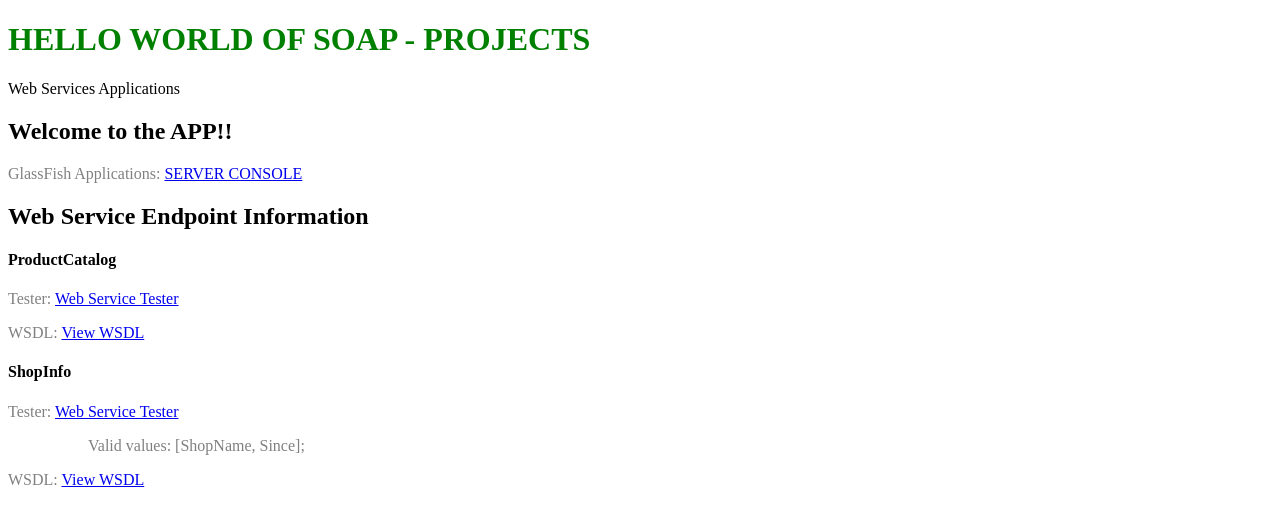
Repository: atafs/BackEnd_JAX-JAX-WS_SOAP
Page: http://localhost/Project_004_SOAP_server_TypesAndBinding/
These files come from the project's save history. The page is drawn as it stood at one moment and after the next save; the edit follows.
The browser window is 1280 px wide. The pictures show the whole page.
The page is served by Tomcat 9. Other server files are loaded and not shown.

Above is the page before, as saved 2016-01-26 16:38:09.

### Project_004_SOAP_server_TypesAndBinding/WebContent/index.jsp
<%@ page language="java" contentType="text/html; charset=ISO-8859-1"
    pageEncoding="ISO-8859-1"%>
<!DOCTYPE html PUBLIC "-//W3C//DTD HTML 4.01 Transitional//EN" "http://www.w3.org/TR/html4/loose.dtd">
<html>

<!-- HEADER -->
<head>
<meta http-equiv="Content-Type" content="text/html; charset=ISO-8859-1">
<title>WEB SERVICES</title>
</head>

<!-- BODY -->
<body>
	<h1 style="color:green;">HELLO WORLD OF SOAP - PROJECTS</h1>
	<p>Web Services Applications</p>

	<!-- LINKS -->
	<h2>Welcome to the APP!! </h2>
	<p style="color:gray;">GlassFish Applications: <a href="http://localhost:4848/common/index.jsf">SERVER CONSOLE</a></p>

	<h2>Web Service Endpoint Information</h2>
	<h4>ProductCatalog</h4>
	<p style="color:gray;">Tester: <a href="http://atafs:9090/Project_003_SOAP_server_ServiceAndContractFirst/ProductCatalogService?Tester">Web Service Tester</a></p>
	<p style="color:gray;">WSDL: <a href="http://atafs:9090/Project_003_SOAP_server_ServiceAndContractFirst/ProductCatalogService?wsdl">View WSDL</a></p>

	<h4>ShopInfo</h4>
	<p style="color:gray;">Tester: <a href="http://atafs:9090/Project_004_SOAP_server_TypesAndBinding/ShopInfoService?Tester">Web Service Tester</a>
		<p style="text-indent: 5em; color:gray;">Valid values: [ShopName, Since];</p>
	</p>
	<p style="color:gray;">WSDL: <a href="http://atafs:9090/Project_004_SOAP_server_TypesAndBinding/ShopInfoService?wsdl">View WSDL</a></p>


</body>
</html>

After the next save:
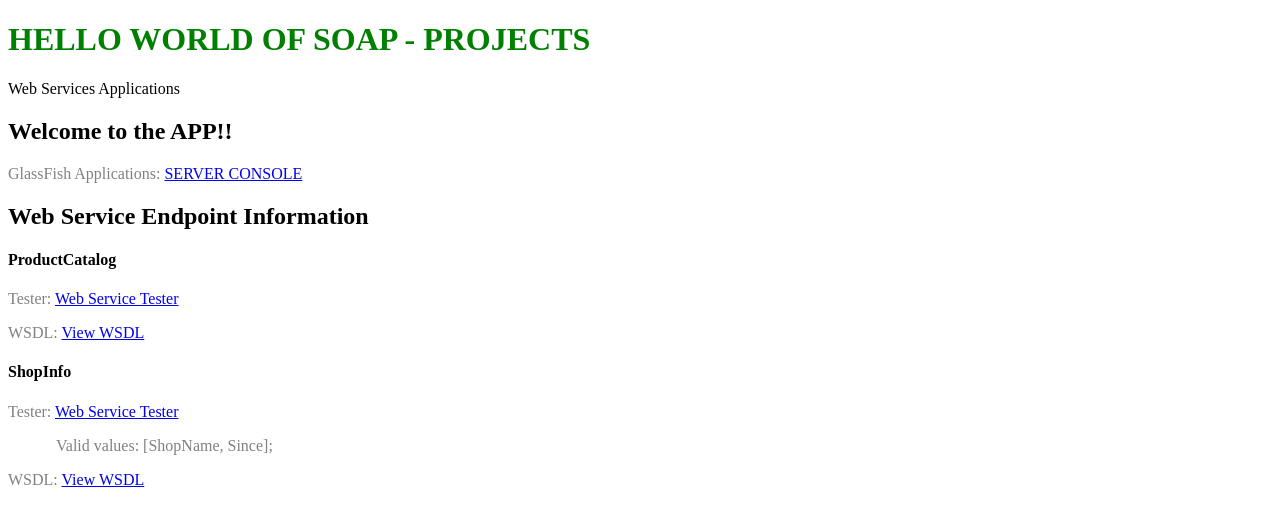
Saved 12 s later.
--- a/Project_004_SOAP_server_TypesAndBinding/WebContent/index.jsp
+++ b/Project_004_SOAP_server_TypesAndBinding/WebContent/index.jsp
@@ -25,7 +25,7 @@
 
 	<h4>ShopInfo</h4>
 	<p style="color:gray;">Tester: <a href="http://atafs:9090/Project_004_SOAP_server_TypesAndBinding/ShopInfoService?Tester">Web Service Tester</a>
-		<p style="text-indent: 5em; color:gray;">Valid values: [ShopName, Since];</p>
+		<p style="text-indent: 3em; color:gray;">Valid values: [ShopName, Since];</p>
 	</p>
 	<p style="color:gray;">WSDL: <a href="http://atafs:9090/Project_004_SOAP_server_TypesAndBinding/ShopInfoService?wsdl">View WSDL</a></p>
 
